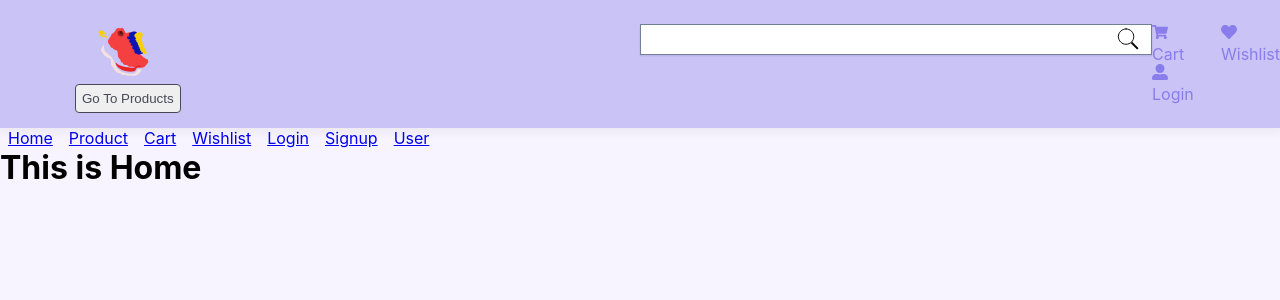
Repository: Irfan-vit/shoecase
Page: /
The author's editor kept a copy of each file at every save. The page is drawn from the files as they stood at one save, then again after the next save.
The browser window is 1280 px wide. The pictures show the whole page.
The page's requests for data from a server got no answer. The project was rebuilt for these pictures with package versions that can differ from the ones it lists, and the page was loaded fresh each time. No one was signed in, and anything a server would have sent is missing. Also part of the build but not shown: src/pages/Product/ProductPage.jsx, src/pages/cart/CartPage.jsx, src/pages/wishlist/WishlistPage.jsx, src/pages/login/LoginPage.jsx, src/pages/signup/SignupPage.jsx, src/pages/user/StyledUser.jsx, src/components/forms/addAddress/AddAddress.jsx, src/components/forms/editAddress/EditAddress.jsx and 4 more.

Above is the page before, as saved 2023-05-22 04:42:19.

### src/index.js
import React, { useState } from 'react'
import { createRoot } from 'react-dom/client'
import { BrowserRouter } from 'react-router-dom'
import { makeServer } from './server'
import App from './App'

import { AuthProvider } from './context/AuthContext'
import { ToastContainer } from 'react-toastify'
import { ThemeProvider } from 'styled-components'
import { defaultTheme } from './utils/theme/theme'
import GlobalStyles from './utils/theme/Global'
import 'react-toastify/dist/ReactToastify.min.css'
import './utils/css/typography.css'
import './utils/css/colors.css'

// Call make Server
makeServer()

createRoot(document.getElementById('root')).render(
  <BrowserRouter>
    <AuthProvider>
      <ThemeProvider theme={defaultTheme}>
        <App />
        <ToastContainer />
        <GlobalStyles />
      </ThemeProvider>
    </AuthProvider>
  </BrowserRouter>,
)

### src/App.jsx
import { useEffect } from 'react'
import { Routes, Route, Link } from 'react-router-dom'
import axios from 'axios'

import Home from './pages/home/HomePage'
import Product from './pages/Product/ProductPage'
import Cart from './pages/cart/CartPage'
import Wishlist from './pages/wishlist/WishlistPage'
import Login from './pages/login/LoginPage'
import Signup from './pages/signup/SignupPage'
import User from './pages/user/User'

import RequiresAuth from './components/RequiresAuth'
import { useAuth } from './context/AuthContext'
import NavBar from './components/navBar/NavBar'

function App() {
  async function getCat() {
    const res = await axios.get('/api/products')
    const dat = res.data.products
    console.log(dat)
  }
  useEffect(() => {
    getCat()
  }, [])
  return (
    <div className="App">
      <NavBar />
      <nav>
        <Link to="/" style={{ padding: '0.5rem' }}>
          Home
        </Link>
        <Link to="/product" style={{ padding: '0.5rem' }}>
          Product
        </Link>
        <Link to="/cart" style={{ padding: '0.5rem' }}>
          Cart
        </Link>
        <Link to="/wishlist" style={{ padding: '0.5rem' }}>
          Wishlist
        </Link>
        <Link to="/login" style={{ padding: '0.5rem' }}>
          Login
        </Link>
        <Link to="/signup" style={{ padding: '0.5rem' }}>
          Signup
        </Link>
        <Link to="/user" style={{ padding: '0.5rem' }}>
          User
        </Link>
      </nav>
      <Routes>
        <Route path="/" element={<Home />} />
        <Route path="/product" element={<Product />} />
        <Route path="/wishlist" element={<Wishlist />} />
        <Route path="/login" element={<Login />} />
        <Route path="/signup" element={<Signup />} />
        {/* <Route path="/user" element={<User />} /> */}
        <Route
          path="/cart"
          element={
            <RequiresAuth>
              <Cart />
            </RequiresAuth>
          }
        />
        <Route
          path="/user"
          element={
            <RequiresAuth>
              <User />
            </RequiresAuth>
          }
        />
      </Routes>
    </div>
  )
}

export default App

### src/context/AuthContext.jsx
import { createContext, useContext, useEffect, useState } from 'react'
import { useNavigate, useLocation } from 'react-router-dom'
import axios from 'axios'
import { login, signup } from '../api/auth/apiAuth'

const AuthContext = createContext()

const AuthProvider = ({ children }) => {
  const localStorageToken = JSON.parse(localStorage.getItem('token'))
  const navigate = useNavigate()
  const location = useLocation()
  const [token, setToken] = useState(localStorageToken?.token)
  const [userDetails, setUserDetails] = useState(localStorageToken?.user)

  async function getUser({ email, password }, e) {
    try {
      e.preventDefault()
      const {
        data: { foundUser, encodedToken },
      } = await login({ email, password })
      localStorage.setItem(
        'token',
        JSON.stringify({ token: encodedToken, user: foundUser }),
      )
      setToken(encodedToken)
      setUserDetails(foundUser)
      console.log(foundUser)
      navigate(location?.state?.from?.pathname ?? '/', { replace: true })
    } catch {
      console.error('invalid Credentials')
    }
  }

  async function setUser({ email, password }, e) {
    try {
      e.preventDefault()
      const {
        data: { createdUser, encodedToken },
      } = await signup({ email, password })
      console.log(createdUser, encodedToken, 'response data')
      localStorage.setItem(
        'token',
        JSON.stringify({ token: encodedToken, user: createdUser }),
      )
      setToken(encodedToken)
      setUserDetails(createdUser)
      console.log(createdUser)
      navigate('/')
    } catch {
      console.error('invalid signup')
    }
  }
  return (
    <AuthContext.Provider
      value={{ getUser, setUser, token, setToken, userDetails, setUserDetails }}
    >
      {children}
    </AuthContext.Provider>
  )
}

const useAuth = () => useContext(AuthContext)

export { AuthProvider, useAuth }

### src/utils/theme/theme.js
import defaultColors from './defaultThemeColors'
// import typography from './typogarphy'
export const defaultTheme = {
  primaryBg: defaultColors.primaryBg,
  offSetBg: defaultColors.offSetBg,
  primaryText: defaultColors.primaryText,
  PrimaryHeading: defaultColors.PrimaryHeading,
  offSetText: defaultColors.offSetText,
  action: defaultColors.action,
  actionOffSet: defaultColors.actionOffSet,
  higilight: defaultColors.higilight,
}
export const darkTheme = {
  primaryBg: defaultColors.primaryBg,
  offSetBg: defaultColors.offSetBg,
  textOnPrimary: defaultColors.textOnPrimary,
  textOnOffSet: defaultColors.textOnOffSet,
  action: defaultColors.action,
  textColor: defaultColors.textColor,
  textMuted: defaultColors.textMuted,
}

### src/utils/theme/Global.js
import { createGlobalStyle } from 'styled-components'

const GlobalStyles = createGlobalStyle`
html {
    box-sizing: border-box;
    font-size: 16px;
    font-family: var(--font-family-body);
  }
*, *::before, *::after {
    box-sizing: inherit;
    Margin:0;
    Padding:0;
    Border:0;
}
body{
  background-color: ${(props) => props.theme.primaryBg};
}
`
export default GlobalStyles

### src/utils/css/typography.css
html {
    box-sizing: border-box;
    font-size: 16px;
    font-family: var(--font-family-body);
  }
*, *::before, *::after {
    box-sizing: inherit;
    Margin:0;
    Padding:0;
    Border:0;
}

:root{
    --font-family-hero: CircularPro, "Gill Sans", "Gill Sans MT", "Helvetica Neue", Helvetica, Arial, sans-serif;
    --font-family-headings: CircularPro, Sans, apple-system, sans-serif;
    --font-family-body: -apple-system, BlinkMacSystemFont, "Segoe UI", Roboto, Helvetica, Arial, sans-serif, "Apple Color Emoji", "Segoe UI Emoji", "Segoe UI Symbol";
    --font-family-serif: Georgia, "Times New Roman", serif;
    --font-family-mono: Menlo, Monaco, "Courier New", monospace;
    --font-xxxs: 0.425rem;
    --font-xxs: 0.625rem;
    --font-xs: 0.7rem;
    --font-sm: 0.875rem;
    --font-md: 1rem;
    --font-lg: 1.25rem;
    --font-xl: 1.5rem;
    --font-xxl: 2.25rem;
    --font-xxxl: 3rem;
    --font-xxxxl: 4rem;
    --font-weight-light: 300;
    --font-weight-normal: 400;
    --font-weight-strong: 500;
    --font-weight-semi-bold: 600;
    --font-weight-bold: 700;
    --primary-color: #6c5ce7;
    --primary-heavy: #5d4aec;
    --primary-light: #897dec;
    --text-on-primary: #ffffff;
    --primary-bg: #eceaff;
    --primary-bg-heavy: #c9c3f6;
    --secondary-color: #ffffff;
    --secondary-heavy: #ffffff;
    --secondary-light: #ffffff;
    --text-on-secondary: #6c5ce7;
    --secondary-bg: #ffffff;
    --secondary-bg-heavy: #ffffff;
    --error-color: #e62e5c;
    --error-heavy: #d31948;
    --error-light: #f086a0;
    --error-bg: #f7bac9;
    --error-bg-heavy: #8d1130;
    --spacing-unit: 6px;
    --margins: 2;
    --margin-size: (var(--margins) * 2);
    --cell-padding: (4 * var(--spacing-unit));
    --grid-gutter: (var(--margins) * var(--spacing-unit));
    --grid-margin: (var(--margin-size) * var(--spacing-unit));
    --cell-margin: (var(--grid-gutter) / 2);
    --border-radius-small: 0.125rem;
    --border-radius-medium: 0.25rem;
    --border-radius-large: 0.5rem;
    --border-radius-x-large: 1rem;
    --border-radius-circle: 50%;
    --border-radius-pill: 9999px;
    --border-size1: 1px;
    --border-size2: 2px;
    --border-size3: 3px;
    --border-size4: 4px;
    --text-color: #718096;
    --text-bright: #000;
    --text-muted: #a9b1ba;
    --bg-color: #fff;
    --background-body: #202b38;
    --background: #161f27;
    --background-alt: #1a242f;
    --box-shadow: 0 -1px 1px 0 rgba(0, 0, 0, 0.09), 0 2px 2px 0 rgba(0, 0, 0, 0.23);
    --box-shadow-x-small: 0 1px 0 #0d131e0d;
    --box-shadow-small: 0 1px 2px #0d131e1a;
    --box-shadow-medium: 0 2px 4px #0d131e1a;
    --box-shadow-large: 0 2px 8px #0d131e1a;
    --box-shadow-x-large: 0 4px 16px #0d131e1a;
    --border-color: #fff;
    --form-placeholder: #a9a9a9;
    --form-text: #fff;
    --color-focus-outline: #4299e14c;
    --tertiary-color: #8367C7;
    --complimentary-color: #F0FFF1;
    --twitter: #1da1f2;
    --slack: #4a154b;
    --github: #24292e;
    --heading-xxs: 1rem;
    --heading-xs: 1.1rem;
    --heading-sm: 1.25rem;
    --heading-md: 1.5rem;
    --heading-lg: 2rem;
    --heading-xl: 3rem;
    --heading-xxl: 4rem;
}

### src/utils/css/colors.css
:root{
    --background-color: #FFFFFF;
    --on-background-color: #2B2B2B;
    --on-background-low-color: #9598A1;
    --on-background-medium-color: #707279;
    --on-background-high-color: #2B2B2B;
    --primary-color: #6C5CE7;
    --on-primary-color: #FFFFFF;
    --border-medium-color: #EDEDED;
    --border-medium-hover-color: #CECECE;
    --border-medium-focus-color: #C6C6C6;
    --border-medium-active-color: #AFAFAF;
    --border-high-color: #BABEC9;
    --border-high-hover-color: #A3A6B0;
    --border-high-focus-color: #9DA1A9;
    --border-high-active-color: #8C8F96;
    --border-primary-color: #6C5CE7;
    --border-primary-hover-color: #8376EB;
    --border-primary-focus-color: #897DEC;
    --border-primary-active-color: #8F83ED;
    --surface-color: #FFFFFF;
    --surface-hover-color: #EDEBFC;
    --surface-active-color: #DCD8F9;
    --surface-focus-color: #E2DEFA;
    --on-surface-color: #2B2B2B;
    --on-surface-medium-color: #707279;
    --on-surface-low-color: #9598A1;
    --surface01-color: #FFFBFF;
    --surface02-color: #F7F2FD;
    --surface-primary-color: #140068;
    --surface-primary-hover-color: #3A2980;
    --surface-primary-active-color: #433386;
    --surface-primary-focus-color: #4C3D8C;
    --on-surface-primary-color: #FFFFFF;
    --surface-neutral-color: #FFFFFF;
    --surface-neutral-hover-color: #F4F5F6;
    --surface-neutral-focus-color: #F1F2F4;
    --surface-neutral-active-color: #EEEFF2;
    --on-surface-neutral-high-color: #2B2B2B;
    --on-surface-neutral-medium-color: #707279;
    --on-surface-neutral-low-color: #9598A1;
    --positive-color: #37B26C;
    --negative-color: #E62E5C;
    --warning-color: #FFC640;
    --process-color: #0984E3;
    --primary-surface-color: #F6F5FE;
    --positive-surface-color: #F3FAF6;
    --negative-surface-color: #FDF2F5;
    --warning-surface-color: #FFFCF4;
    --process-surface-color: #F0F8FD;
}

### src/backend/controllers/CategoryController.js
import { Response } from "miragejs";

/**
 * All the routes related to Category are present here.
 * These are Publicly accessible routes.
 * */

/**
 * This handler handles gets all categories in the db.
 * send GET Request at /api/categories
 * */

export const getAllCategoriesHandler = function () {
  try {
    return new Response(200, {}, { categories: this.db.categories });
  } catch (error) {
    return new Response(
      500,
      {},
      {
        error,
      }
    );
  }
};

/**
 * This handler handles gets all categories in the db.
 * send GET Request at /api/user/category/:categoryId
 * */

export const getCategoryHandler = function (schema, request) {
  const categoryId = request.params.categoryId;
  try {
    const category = schema.categories.findBy({ _id: categoryId });
    return new Response(200, {}, { category });
  } catch (error) {
    return new Response(
      500,
      {},
      {
        error,
      }
    );
  }
};

### src/backend/controllers/ProductController.js
import { Response } from "miragejs";

/**
 * All the routes related to Product are present here.
 * These are Publicly accessible routes.
 * */

/**
 * This handler handles gets all products in the db.
 * send GET Request at /api/products
 * */

export const getAllProductsHandler = function () {
  return new Response(200, {}, { products: this.db.products });
};

/**
 * This handler handles gets all products in the db.
 * send GET Request at /api/user/products/:productId
 * */

export const getProductHandler = function (schema, request) {
  const productId = request.params.productId;
  try {
    const product = schema.products.findBy({ _id: productId });
    return new Response(200, {}, { product });
  } catch (error) {
    return new Response(
      500,
      {},
      {
        error,
      }
    );
  }
};

### src/backend/db/categories.js
import { v4 as uuid } from 'uuid'
import { casual, fitness, track, sports } from '../../assets/assetsServer'
/**
 * Category Database can be added here.
 * You can add category of your wish with different attributes
 * */

export const categories = [
  {
    _id: uuid(),
    categoryName: 'casual',
    imgSrc: casual,
  },
  {
    _id: uuid(),
    categoryName: 'sports',
    imgSrc: sports,
  },
  {
    _id: uuid(),
    categoryName: 'fitness',
    imgSrc: fitness,
  },
  {
    _id: uuid(),
    categoryName: 'track',
    imgSrc: track,
  },
]

### src/backend/db/users.js
import { v4 as uuid } from 'uuid'
import { formatDate } from '../utils/authUtils'
/**
 * User Database can be added here.
 * You can add default users of your wish with different attributes
 * Every user will have cart (Quantity of all Products in Cart is set to 1 by default), wishList by default
 * */

export const users = [
  {
    _id: uuid(),
    firstName: 'Adarsh',
    lastName: 'Balika',
    email: 'adarshbalika@gmail.com',
    password: 'adarshbalika',
    address: [],
    createdAt: formatDate(),
    updatedAt: formatDate(),
  },
  {
    _id: uuid(),
    firstName: 'Adarsh',
    lastName: 'Balika',
    email: 'balika@gmail.com',
    password: 'balika',
    address: [],
    createdAt: formatDate(),
    updatedAt: formatDate(),
  },
]

### src/pages/home/HomePage.jsx
const Home = () => {
  return (
    <>
      <h1>This is Home</h1>
    </>
  )
}

export default Home

### src/components/navBar/NavBar.jsx
import { useNavigate } from 'react-router-dom'
import { redirect } from 'react-router-dom'
import { Link } from 'react-router-dom'
import { StyledNavWrapper, StyledNav, StyledNavList } from '../../styles/index'
import { FaShoppingCart, FaHeart, FaUserAlt } from 'react-icons/fa'
import HeroLogo from '../animations/HeroAnimations/HeroLogo'

import SearchInput from '../inputs/SeacrhInput'
import Select from '../select/Select'
// import { useFilterProducts } from '../../context/filterProductsContext'

const NavBar = () => {
  // const { filterDispatch, filterState } = useFilterProducts()
  const navigate = useNavigate()
  return (
    <StyledNavWrapper>
      <StyledNav>
        <div>
          <div>
            <Link to="/">
              <HeroLogo />
            </Link>
          </div>
          <div>
            <Select />
          </div>
        </div>
        <div>
          <div>
            <SearchInput />
          </div>
          <div>
            <StyledNavList>
              <ul>
                <li>
                  <Link to="/cart">
                    <FaShoppingCart />
                    <p>Cart</p>
                  </Link>
                </li>
                <li>
                  <Link to="/wishlist">
                    <FaHeart />
                    <p>Wishlist</p>
                  </Link>
                </li>
                <li>
                  <Link to="">
                    <FaUserAlt />
                    <p>Login</p>
                  </Link>
                </li>
              </ul>
            </StyledNavList>
          </div>
        </div>
      </StyledNav>
    </StyledNavWrapper>
  )
}

export default NavBar

### src/api/auth/apiAuth.js
import axios from 'axios'

export const login = async ({ email, password }) =>
  await axios.post(`/api/auth/login`, {
    email,
    password,
  })

export const signup = async ({ email, password }) =>
  await axios.post(`/api/auth/signup`, {
    email,
    password,
  })

### src/utils/theme/defaultThemeColors.js
const defaultColors = {
  primaryBg: '#f7f3ff',
  PrimaryHeading: '#a9b1ba',
  primaryText: '#718096',
  offSetBg: '#c9c3f6',
  offSetText: '#474a56',
  action: '#885df1',
  actionOffSet: '#ffffff',

  higilight: '#897dec',
  // higilight: '#5D48B8',
}

export default defaultColors

### src/assets/assetsServer.js
import casual from './images/casual.jpg'
import casualT1 from './images/casualT1.jpg'
import casualT2 from './images/casualT2.jpg'
import fitness from './images/fitness.jpg'
import fitnessT1 from './images/fitnessT1.jpg'
import fitnessT2 from './images/fitnessT2.jpg'
import track from './images/track.jpg'
import trackT1 from './images/trackT1.jpg'
import trackT2 from './images/trackT2.jpg'
import sports from './images/sports.jpg'
import sportsT1 from './images/sportsT1.jpg'
import sportsT2 from './images/sportsT2.jpg'
import men from './images/men.jpg'
import mensT1 from './images/mensT1.jpg'
import mensT2 from './images/mensT2.jpg'
import women from './images/women.jpg'
import womensT1 from './images/womensT1.jpg'
import womensT2 from './images/womensT2.jpg'

export {
  casual,
  casualT1,
  casualT2,
  fitness,
  fitnessT1,
  fitnessT2,
  track,
  trackT1,
  trackT2,
  sports,
  sportsT1,
  sportsT2,
  men,
  mensT1,
  mensT2,
  women,
  womensT1,
  womensT2,
}

### src/styles/index.js
export * from './NavBarStyles'
export * from './SelectStyles'
export * from './SearchInputStyles'

### src/components/animations/HeroAnimations/HeroLogo.jsx
import { useLottie, useLottieInteractivity } from 'lottie-react'
import logoRun from '../../../assets/json/logo.json'
const style = {
  height: '4rem',
  width: '4rem',
  display: 'inline-block',
  cursor: 'pointer',
}

const options = {
  animationData: logoRun,
}

const HeroLogo = () => {
  const lottieObj = useLottie(options, style)
  const Animation = useLottieInteractivity({
    lottieObj,
    mode: 'cursor',
    actions: [
      {
        position: { x: [0, 1], y: [0, 1] },
        type: 'seek',
        frames: [49, 72],
      },
      {
        position: { x: -1, y: -1 },
        type: 'stop',
        frames: [72],
      },
    ],
  })

  return Animation
}

export default HeroLogo

### src/components/inputs/SeacrhInput.jsx
import Search from '../animations/Floats/Search'

import { StyledSearchInput } from '../../styles/index'
// import { useFilterProducts } from '../../context/filterProductsContext'
const SearchInput = () => {
  // const { search, setSearch } = useFilterProducts()
  return (
    <form action="">
      <StyledSearchInput>
        <input
          type="text"
          // value={search}
          // onChange={(e) => setSearch(e.target.value)}
        />
        <Search />
      </StyledSearchInput>
    </form>
  )
}
export default SearchInput

### src/components/select/Select.jsx
import { useNavigate } from 'react-router-dom'
// import { useFilterProducts } from '../../context/filterProductsContext'
import { StyledSelect } from '../../styles/index'
import { Link } from 'react-router-dom'

const Select = () => {
  // const { filterDispatch, filterState } = useFilterProducts()
  const navigate = useNavigate()
  return (
    <form action="">
      <label
        htmlFor="categories"
        onSubmit={(e) => {
          e.preventDefault()
        }}
      >
        <StyledSelect name="categories" id="categories">
          <option value="select">
            <Link
              onClick={() => {
                // filterDispatch({ type: 'reset' })
                navigate('/product')
              }}
            >
              Go To Products
            </Link>
          </option>
          <option value="casual">
            <Link
              onClick={() => {
                // filterDispatch({ type: 'casual' })
                navigate('/product')
              }}
            >
              Casual
            </Link>
          </option>
          <option value="fitness">
            <Link
              onClick={() => {
                navigate('/product')
                // filterDispatch({ type: 'fitness' })
              }}
            >
              Fitness
            </Link>
          </option>
          <option value="track">
            <Link
              onClick={() => {
                navigate('/product')
                // filterDispatch({ type: 'track' })
              }}
            >
              Track
            </Link>
          </option>
          <option value="sports">
            <Link
              onClick={() => {
                navigate('/product')
                // filterDispatch({ type: 'sports' })
              }}
            >
              Sports
            </Link>
          </option>
        </StyledSelect>
      </label>
    </form>
  )
}
export default Select

### src/styles/NavBarStyles.jsx
import styled from 'styled-components'

const StyledNavWrapper = styled.aside`
  margin-bottom: 8rem;
`

const StyledNav = styled.nav`
  box-shadow: var(--box-shadow);
  box-shadow: 0px 0px 10px 4px rgb(0 0 0 / 5%);
  z-index: 1;
  position: fixed;
  top: 0;
  width: 100%;
  height: 8rem;
  background-color: ${(props) => props.theme.offSetBg};
  margin: 0 auto;
  display: flex;
  align-items: center;
  justify-content: space-between;
  > :nth-child(1) {
    display: flex;
    flex-flow: column wrap;
    align-items: center;
    flex-basis: 20%;
    justify-content: space-around;
  }
  > :nth-child(2) {
    display: flex;
    justify-content: space-between;
    flex-basis: 80%;
    > :nth-child(1) {
      flex-basis: 80%;
    }
    > :nth-child(2) {
      flex-basis: 20%;
    }
  }

  @media (min-width: 900px) {
    display: flex;
    justify-content: space-between;
    align-items: center;
    > :nth-child(1) {
      display: flex;
      align-items: center;
      flex-basis: 20%;
      justify-content: space-around;
    }
    > :nth-child(2) {
      flex-basis: 50%;
    }
    > :nth-child(3) {
      flex-basis: 20%;
    }
  }
`

const StyledNavList = styled.div`
  > ul {
    display: flex;
    flex-flow: row wrap;
    list-style-type: none;
    justify-content: space-between;
    align-items: center;
    align-content: center;
  }
  > ul > li {
    flex-basis: 23%;
  }
  > ul > li > a {
    text-decoration: none;
    margin: 0;
    padding: 0;
    transition: 0.3s;
    text-decoration: underline;
    text-decoration-color: transparent;
    -webkit-text-decoration-color: transparent;
    -moz-text-decoration-color: transparent;
    text-decoration: none;
    color: ${(props) => props.theme.higilight};
    :hover,
    :active,
    :focus {
      color: ${(props) => props.theme.offSetText};
      text-decoration-line: underline;
      text-decoration-style: line;
      text-decoration-color: ${(props) => props.theme.offSetText};
      text-underline-offset: 3px;
    }
  }
`
export { StyledNavWrapper, StyledNav, StyledNavList }

### src/styles/SelectStyles.jsx
import styled from 'styled-components'
const StyledSelect = styled.select`
  outline: none;
  border: none;
  outline: none;
  cursor: pointer;
  border-radius: var(--border-size4);
  padding: var(--spacing-unit);
  color: ${(props) => props.theme.offSetText};
  border: 1px solid ${(props) => props.theme.offSetText};
  appearance: none;
  :focus {
    border: 1px solid ${(props) => props.theme.action};
    outline: none;
  }
`
export { StyledSelect }

### src/styles/SearchInputStyles.jsx
import styled from 'styled-components'

const StyledSearchInput = styled.div`
  position: relative;
  width: 100%;
  > input {
    outline: none;
    cursor: pointer;
    padding: var(--font-xxxs) var(--font-xxs);
    color: ${(props) => props.theme.primaryText};
    border: 1px solid ${(props) => props.theme.primaryHeading};
    box-shadow: var(--box-shadow-small);
    width: 100%;
    :focus {
      border: 1px solid ${(props) => props.theme.action};
      outline: none;
    }
  }
  > a {
    position: absolute;
    right: 0;
    bottom: 0%;
    transform: translate(-50%, 0%);
    color: ${(props) => props.theme.textMuted};
    cursor: pointer;
    :hover {
      color: ${(props) => props.theme.primaryColor};
    }
  }
`
export {StyledSearchInput}

### src/components/animations/Floats/Search.jsx
import { useLottie, useLottieInteractivity } from 'lottie-react'
import search from '../../../assets/json/search.json'
const style = {
  height: '1.5rem',
  display: 'inline-block',
  cursor: 'pointer',
}

const options = {
  animationData: search,
}

const Search = () => {
  const lottieObj = useLottie(options, style)
  const Animation = useLottieInteractivity({
    lottieObj,
    mode: 'cursor',
    actions: [
      {
        position: { x: [0, 1], y: [0, 1] },
        type: 'loop',
        frames: [0, 20],
      },
      {
        position: { x: -1, y: -1 },
        type: 'stop',
        frames: [0],
      },
    ],
  })

  return <a href="#">{Animation}</a>
}

export default Search

Loaded but not shown: public/index.html (common file); src/backend/utils/authUtils.js (common file); src/assets/json/logo.json (1 lines, source omitted); src/assets/json/search.json (1 lines, source omitted); src/backend/controllers/CartController.js (148 lines, source omitted); src/server.js (87 lines, source omitted); src/backend/controllers/WishlistController.js (100 lines, source omitted); src/backend/controllers/AuthController.js (101 lines, source omitted); src/backend/db/products.js (106 lines, source omitted)

After the next save:
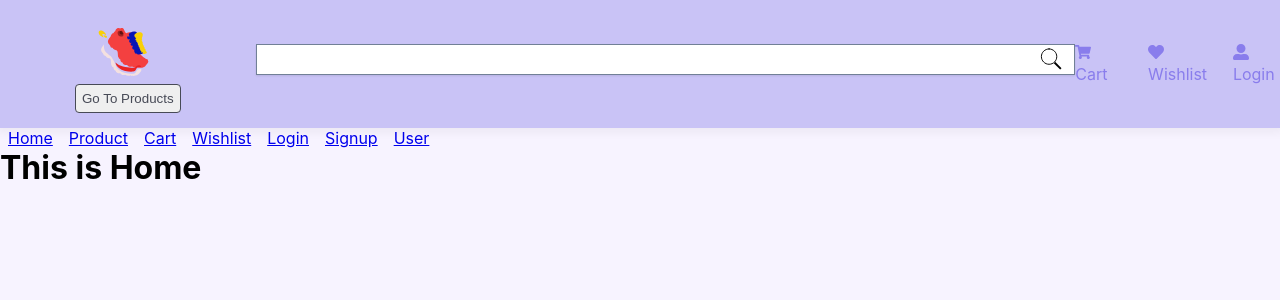
Saved 18 s later.
--- a/src/styles/NavBarStyles.jsx
+++ b/src/styles/NavBarStyles.jsx
@@ -47,10 +47,15 @@ const StyledNav = styled.nav`
       justify-content: space-around;
     }
     > :nth-child(2) {
-      flex-basis: 50%;
-    }
-    > :nth-child(3) {
-      flex-basis: 20%;
+      display: flex;
+      justify-content: space-between;
+      flex-basis: 80%;
+      > :nth-child(1) {
+        flex-basis: 80%;
+      }
+      > :nth-child(2) {
+        flex-basis: 20%;
+      }
     }
   }
 `
